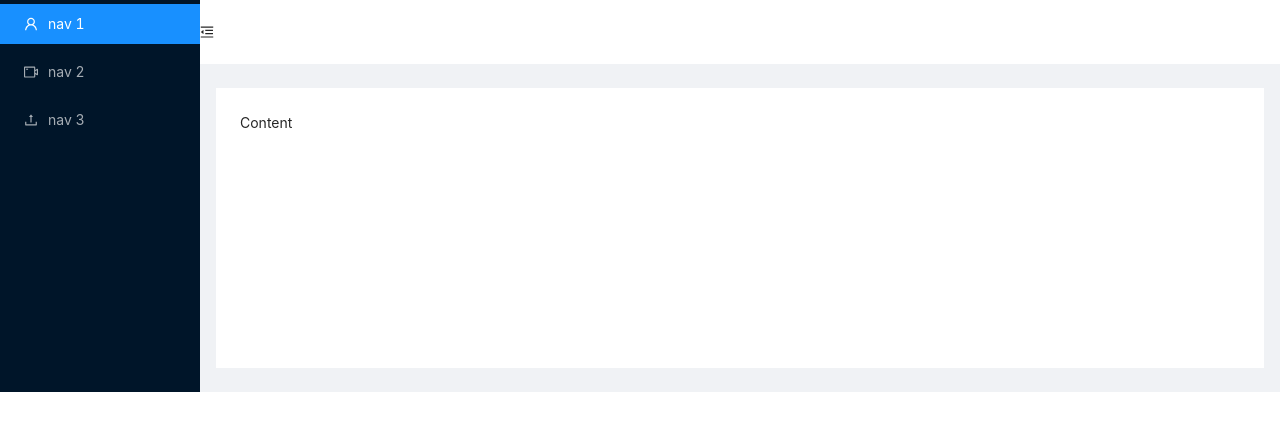
Repository: tiendungjr123/ant-design
Page: /
These files come from the project's save history. The page is drawn as it stood at one moment and after the next save; the edit follows.
The browser window is 1280 px wide. The pictures show the whole page.
The project was rebuilt for these pictures with package versions that can differ from the ones it lists, and the page was loaded fresh each time.

Above is the page before, as saved 2022-09-28 21:42:53.

### src/index.js
import React from 'react';
import ReactDOM from 'react-dom/client';
import App from './App';
import "antd/dist/antd.css";
const root = ReactDOM.createRoot(document.getElementById('root'));
root.render(
  <React.StrictMode>
    <App />
  </React.StrictMode>
);

// If you want to start measuring performance in your app, pass a function
// to log results (for example: reportWebVitals(console.log))
// or send to an analytics endpoint. Learn more: https://bit.ly/CRA-vitals

### src/App.js
import {
  MenuFoldOutlined,
  MenuUnfoldOutlined,
  UploadOutlined,
  UserOutlined,
  VideoCameraOutlined,
} from '@ant-design/icons';
import { Layout, Menu } from 'antd';
import React, { useState } from 'react';
import './App.css'
const { Header, Sider, Content } = Layout;

const App = () => {
  const [collapsed, setCollapsed] = useState(false);
  return (
    <Layout style={{maxHeight:'100vh'}}>
      <Sider trigger={null} collapsible collapsed={collapsed}>
        <div className="logo" />
        <Menu
          theme="dark"
          mode="inline"
          defaultSelectedKeys={['1']}
          items={[
            {
              key: '1',
              icon: <UserOutlined />,
              label: 'nav 1',
            },
            {
              key: '2',
              icon: <VideoCameraOutlined />,
              label: 'nav 2',
            },
            {
              key: '3',
              icon: <UploadOutlined />,
              label: 'nav 3',
            },
          ]}
        />
      </Sider>
      <Layout className="site-layout">
        <Header
          className="site-layout-background"
          style={{
            padding: 0,
          }}
        >
          {React.createElement(collapsed ? MenuUnfoldOutlined : MenuFoldOutlined, {
            className: 'trigger',
            onClick: () => setCollapsed(!collapsed),
          })}
        </Header>
        <Content
          className="site-layout-background"
          style={{
            margin: '24px 16px',
            padding: 24,
            minHeight: 280,
          }}
        >
          Content
        </Content>
      </Layout>
    </Layout>
  );
};
export default App;

### src/App.css
#components-layout-demo-custom-trigger .trigger {
  padding: 0 24px;
  font-size: 18px;
  line-height: 64px;
  cursor: pointer;
  transition: color 0.3s;
}

#components-layout-demo-custom-trigger .trigger:hover {
  color: #1890ff;
}

#components-layout-demo-custom-trigger .logo {
  height: 32px;
  margin: 16px;
  background: rgba(255, 255, 255, 0.3);
}

.site-layout .site-layout-background {
  background: #fff;
}

Loaded but not shown: public/index.html (common file)

After the next save:
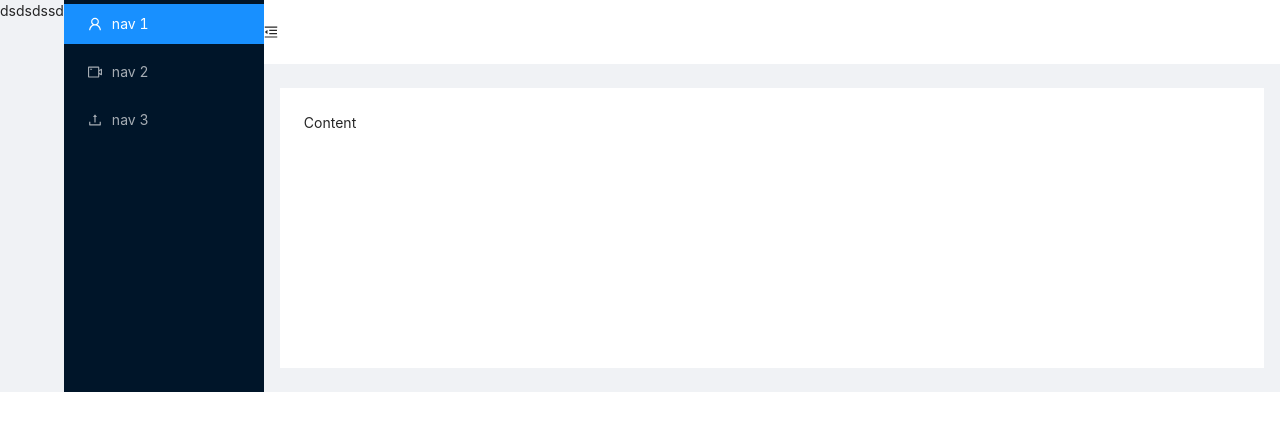
Saved 2 min 18 s later.
--- a/src/App.js
+++ b/src/App.js
@@ -14,6 +14,7 @@
   const [collapsed, setCollapsed] = useState(false);
   return (
     <Layout style={{maxHeight:'100vh'}}>
+      dsdsdssd
       <Sider trigger={null} collapsible collapsed={collapsed}>
         <div className="logo" />
         <Menu

After the save that followed:
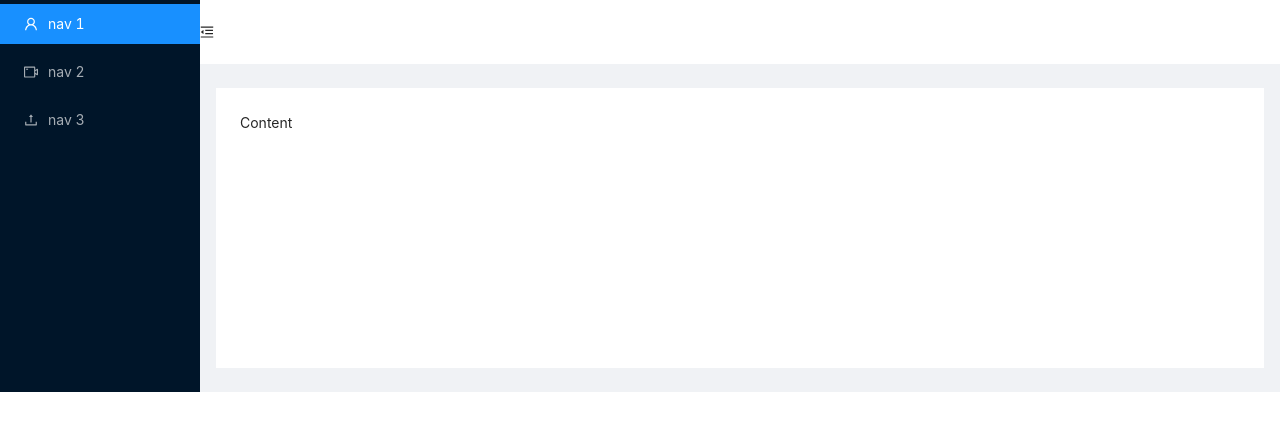
Saved 61 s later.
--- a/src/App.js
+++ b/src/App.js
@@ -14,7 +14,6 @@
   const [collapsed, setCollapsed] = useState(false);
   return (
     <Layout style={{maxHeight:'100vh'}}>
-      dsdsdssd
       <Sider trigger={null} collapsible collapsed={collapsed}>
         <div className="logo" />
         <Menu
